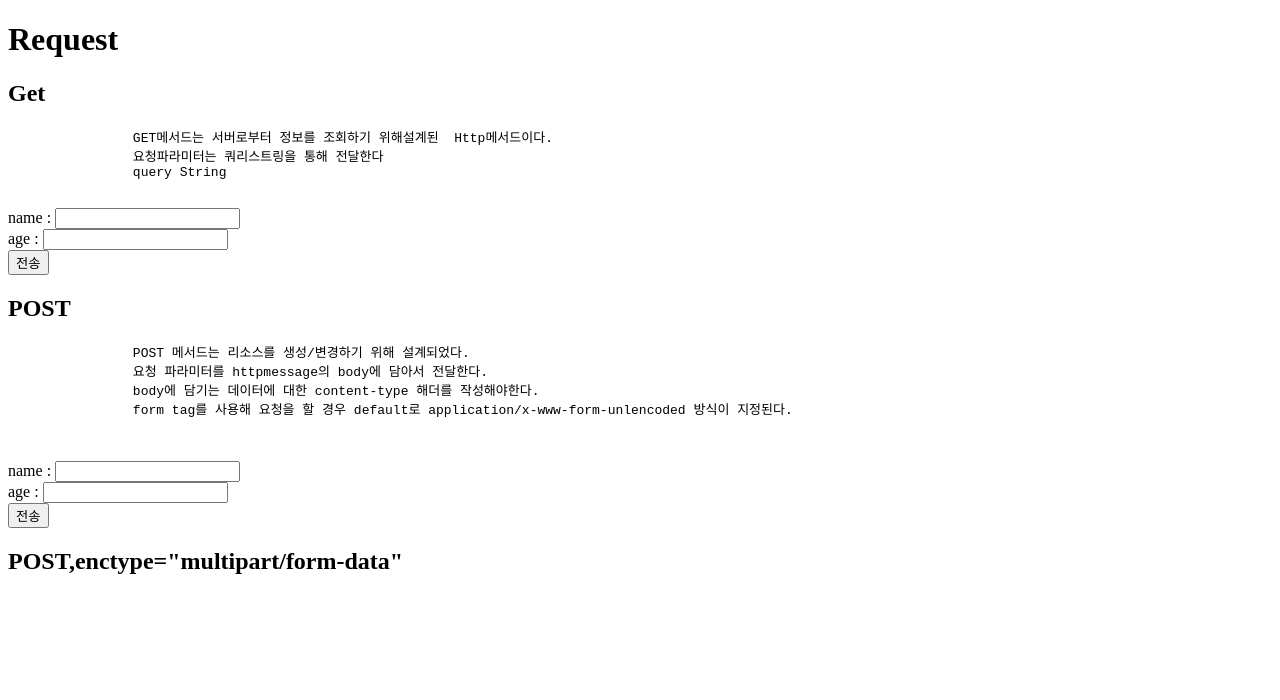
Repository: vaynel/StudyFile
Page: H_spring/spring04_servlet/WebContent/a_request.html
The author's editor kept a copy of each file at every save. The page is drawn from the files as they stood at one save, then again after the next save.
The browser window is 1280 px wide. The pictures show the whole page.

Above is the page before, as saved 2023-01-18 02:30:05.

### H_spring/spring04_servlet/WebContent/a_request.html
<!DOCTYPE html>
<html>
<head>
<meta charset="UTF-8">
<title>Insert title here</title>
</head>
<body>

	<h1>Request</h1>
	<h2>Get</h2>
	<pre>
		GET메서드는 서버로부터 정보를 조회하기 위해설계된  Http메서드이다.
		요청파라미터는 쿼리스트링을 통해 전달한다
		query String
	</pre>
	<form action="/srping04_servlet/req">
		<label>name : <input type="text" name="name"></label><br>
	    <label>age : <input type="number" name="age"></label><br>
	    <button>전송</button>
	</form>

	<h2>POST</h2>
	<pre>
		POST 메서드는 리소스를 생성/변경하기 위해 설계되었다.
		요청 파라미터를 httpmessage의 body에 담아서 전달한다.
		body에 담기는 데이터에 대한 content-type 해더를 작성해야한다.
		form tag를 사용해 요청을 할 경우 default로 application/x-www-form-unlencoded 방식이 지정된다.

	</pre>
	<form action="/spring04_servlet/req" mothod="post">
    	<label>name : <input type="text" name="name"></label><br>
	    <label>age : <input type="number" name="age"></label><br>
	    <button>전송</button>
	</form>

	<h2>POST,enctype="multipart/form-data"</h2>
	<form action="/spring04_servlet/req" mothod="post" enctype="multipart/form-data">


	</form>


</body>
</html>

After the next save:
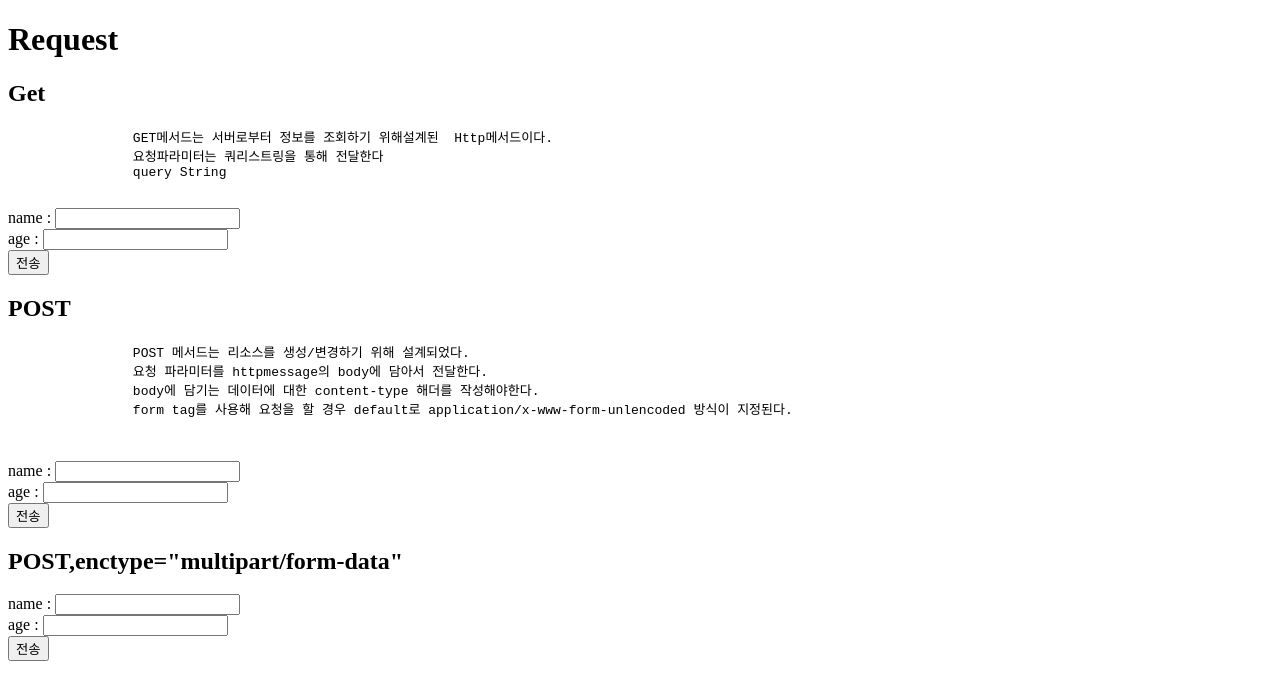
Saved 8 s later.
--- a/H_spring/spring04_servlet/WebContent/a_request.html
+++ b/H_spring/spring04_servlet/WebContent/a_request.html
@@ -35,7 +35,9 @@
 
 	<h2>POST,enctype="multipart/form-data"</h2>
 	<form action="/spring04_servlet/req" mothod="post" enctype="multipart/form-data">
-
+		<label>name : <input type="text" name="name"></label><br>
+	    <label>age : <input type="number" name="age"></label><br>
+	    <button>전송</button>
 
 	</form>
 
